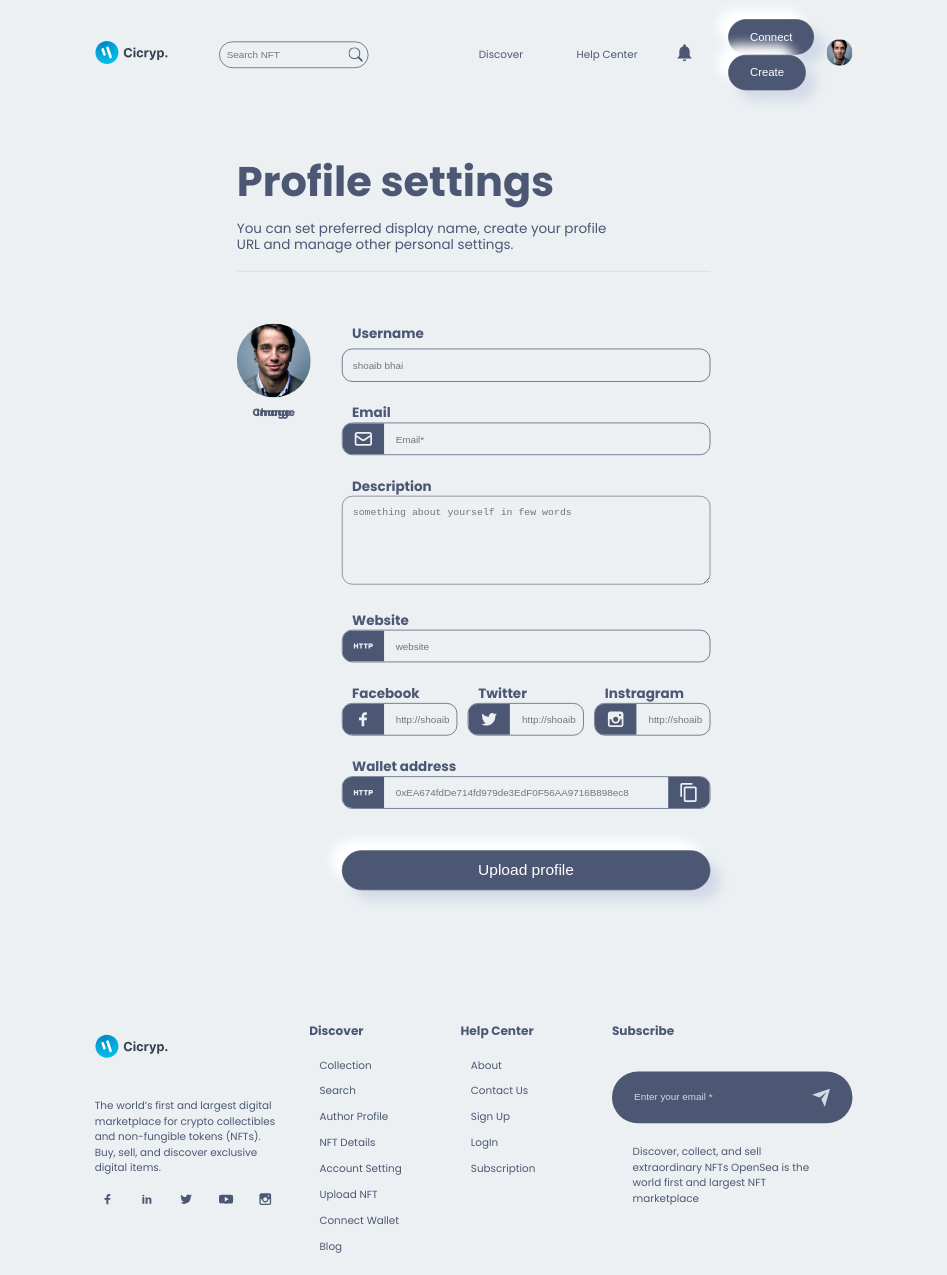
Repository: coderboy-yash/nft-marketplace
Page: /account (app in nftMarketplaceUi/)
The author's editor kept a copy of each file at every save. The page is drawn from the files as they stood at one save, then again after the next save.
The browser window is 1280 px wide. The pictures show the whole page, at 74% of full size.
The project was rebuilt for these pictures with package versions that can differ from the ones it lists, and the page was loaded fresh each time. The framework's server and built-in components were replaced by stand-ins that run in the browser. Also part of the build but not shown: nftMarketplaceUi/next.config.js, nftMarketplaceUi/components/NavBar/Profile/Profile.module.css, nftMarketplaceUi/components/NavBar/Profile/Profile.jsx, nftMarketplaceUi/components/NavBar/Notification/Notification.module.css, nftMarketplaceUi/components/NavBar/Notification/Notification.jsx, nftMarketplaceUi/components/NavBar/SideBar/SideBar.module.css, nftMarketplaceUi/components/NavBar/SideBar/SideBar.jsx, nftMarketplaceUi/components/HeroSection/HeroSection.module.css and 39 more.

Above is the page before, as saved 2023-06-12 17:01:45.

After the next save:
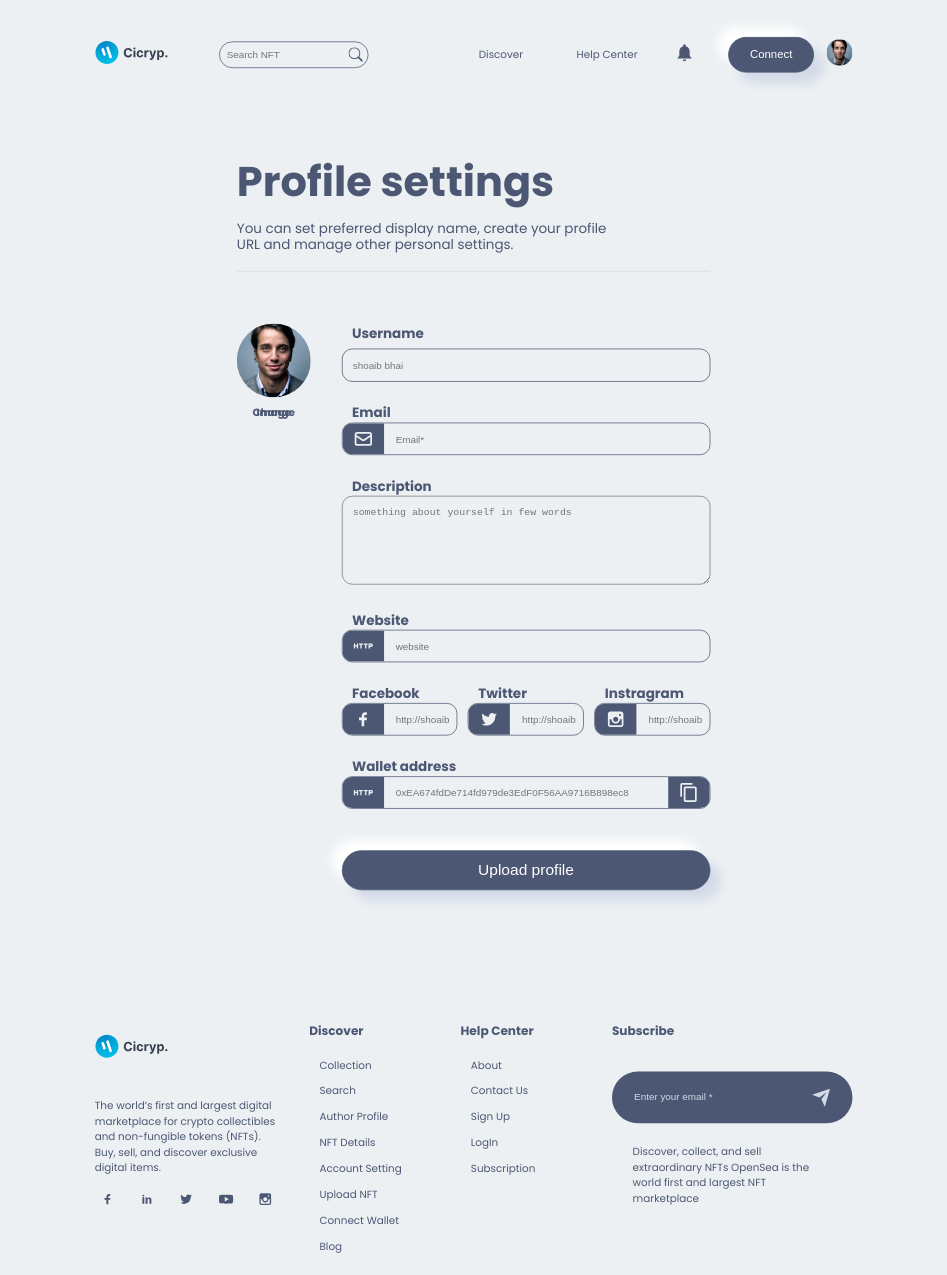
Saved 26 s later.
--- a/nftMarketplaceUi/components/NavBar/NavBar.jsx
+++ b/nftMarketplaceUi/components/NavBar/NavBar.jsx
@@ -139,7 +139,7 @@ const NavBar = () => {
                 <Button btnName="Create"></Button>
               </Link>
             )}
-            <Button btnName="Create" handleClick={() => {}} />
+
           </div>
 
           {/* USER PROFILE */}
